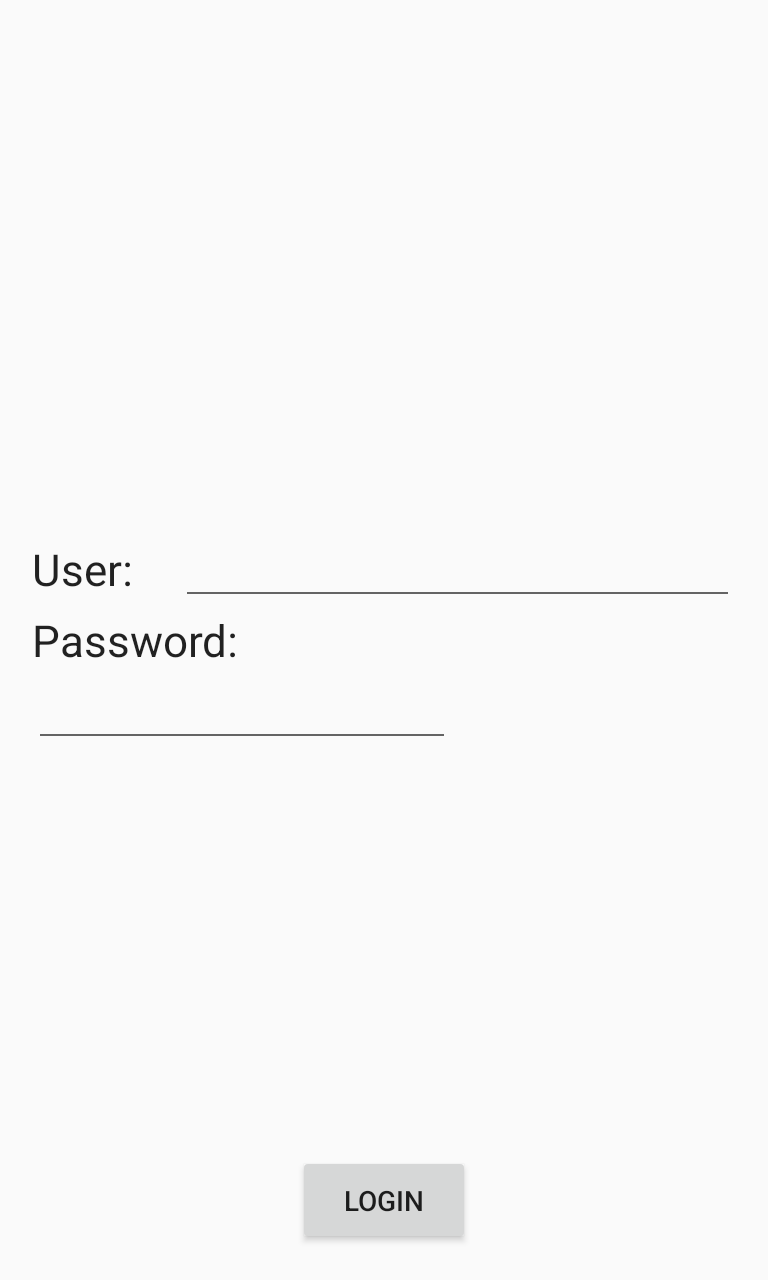
Repository: Y-GO/YGO_Parking_Project_Client
Layout: Ygo_Parking_Project/res/layout/activity_login.xml
An editor plug-in stored every save of this project. The layout is shown before and after the next save, followed by the edit.
It is drawn on a 768 x 1280 px phone screen (xhdpi) without system bars, with theme AppTheme; the app's code is not run.

Above is the layout before, as saved 2014-07-28 09:51:45.

### Ygo_Parking_Project/res/layout/activity_login.xml
<RelativeLayout xmlns:android="http://schemas.android.com/apk/res/android"
    xmlns:tools="http://schemas.android.com/tools"
    android:layout_width="fill_parent"
    android:layout_height="fill_parent"
    android:paddingBottom="@dimen/activity_vertical_margin"
    android:paddingLeft="@dimen/activity_horizontal_margin"
    android:paddingRight="@dimen/activity_horizontal_margin"
    android:paddingTop="@dimen/activity_vertical_margin"
    tools:context="com.ygo.ygo_parking_project.MainActivity" >

    <LinearLayout
        android:layout_width="fill_parent"
        android:layout_height="wrap_content"
        android:layout_centerInParent="true"
        android:orientation="vertical" >

        <LinearLayout
            android:layout_width="match_parent"
            android:layout_height="wrap_content"
            android:layout_gravity="center"
            android:orientation="vertical" >

            <LinearLayout
                android:layout_width="match_parent"
                android:layout_height="wrap_content" >

                <TextView
                    android:id="@+id/textView1"
                    android:layout_width="wrap_content"
                    android:layout_height="wrap_content"
                    android:layout_weight="0.25"
                    android:text="@string/user"
                    android:textAppearance="?android:attr/textAppearanceLarge" />

                <EditText
                    android:id="@+id/editUserName"
                    android:layout_width="wrap_content"
                    android:layout_height="wrap_content"
                    android:layout_weight="0.74"
                    android:ems="10"
                    android:inputType="text" />
            </LinearLayout>
        </LinearLayout>

        <LinearLayout
            android:layout_width="match_parent"
            android:layout_height="wrap_content"
            android:layout_gravity="center"
            android:orientation="vertical" >

            <TextView
                android:id="@+id/textView2"
                android:layout_width="wrap_content"
                android:layout_height="wrap_content"
                android:layout_weight="0.1"
                android:text="@string/password"
                android:textAppearance="?android:attr/textAppearanceLarge" />

            <EditText
                android:id="@+id/editPassword"
                android:layout_width="wrap_content"
                android:layout_height="wrap_content"
                android:layout_weight="0.74"
                android:ems="10"
                android:inputType="textPassword" />
        </LinearLayout>
    </LinearLayout>

    <Button
        android:id="@+id/buttonLogIn"
        android:layout_width="wrap_content"
        android:layout_height="wrap_content"
        android:layout_alignParentBottom="true"
        android:layout_alignWithParentIfMissing="false"
        android:layout_centerHorizontal="true"
        android:text="@string/login" />

</RelativeLayout>

### Ygo_Parking_Project/res/values/strings.xml
<?xml version="1.0" encoding="utf-8"?>
<resources>

    <string name="app_name">Ygo_Parking_Project</string>
    <string name="hello_world">Hello world!</string>
    <string name="action_settings">Settings</string>
    <string name="medium_text">Medium Text</string>
    <string name="login">Login</string>
    <string name="user_">"User: "</string>
    <string name="user">User:</string>
    <string name="password">Password:</string>

</resources>

Loaded but not shown: Ygo_Parking_Project/res/values/styles.xml (common file); Ygo_Parking_Project/res/values-v11/styles.xml (common file); Ygo_Parking_Project/res/values-v14/styles.xml (common file); Ygo_Parking_Project/res/values/dimens.xml (common file); Ygo_Parking_Project/res/values-w820dp/dimens.xml (common file)

After the next save:
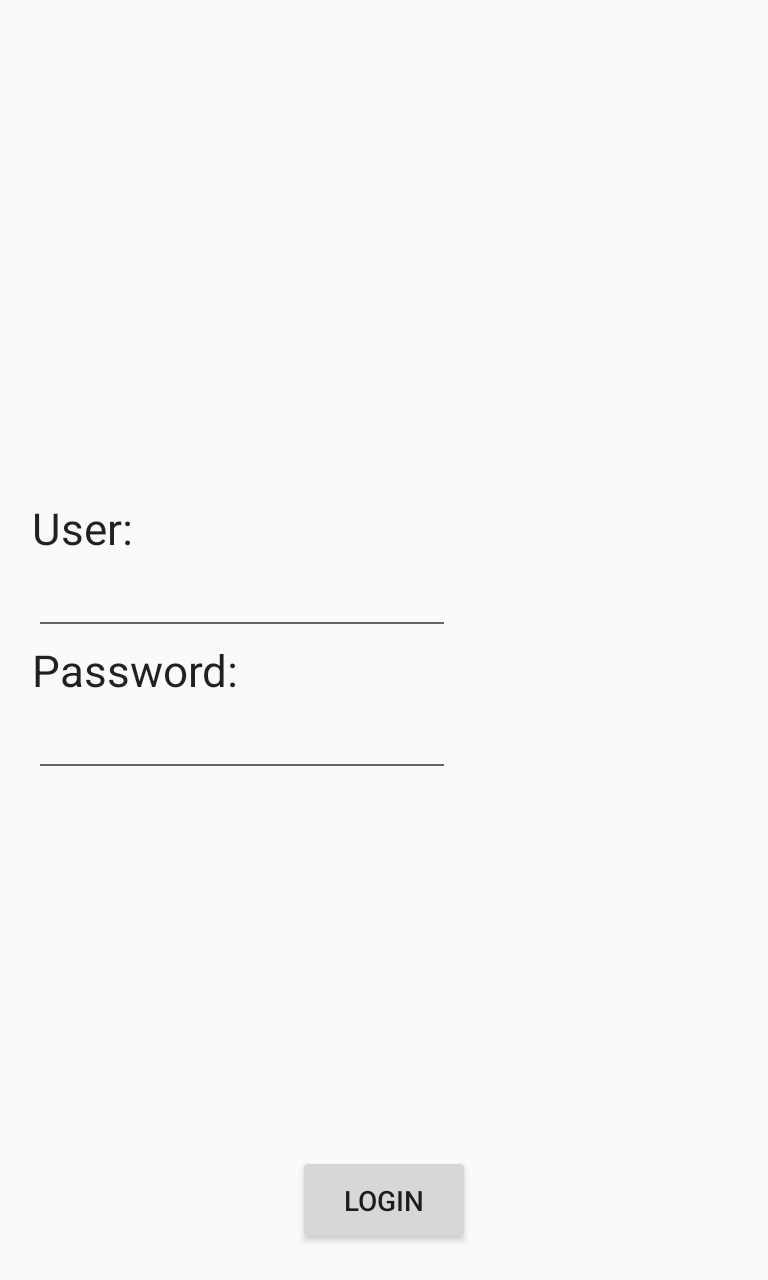
Saved 15 s later.
--- a/Ygo_Parking_Project/res/layout/activity_login.xml
+++ b/Ygo_Parking_Project/res/layout/activity_login.xml
@@ -20,26 +20,21 @@
             android:layout_gravity="center"
             android:orientation="vertical" >
 
-            <LinearLayout
-                android:layout_width="match_parent"
-                android:layout_height="wrap_content" >
+            <TextView
+                android:id="@+id/textView1"
+                android:layout_width="wrap_content"
+                android:layout_height="wrap_content"
+                android:layout_weight="0.25"
+                android:text="@string/user"
+                android:textAppearance="?android:attr/textAppearanceLarge" />
 
-                <TextView
-                    android:id="@+id/textView1"
-                    android:layout_width="wrap_content"
-                    android:layout_height="wrap_content"
-                    android:layout_weight="0.25"
-                    android:text="@string/user"
-                    android:textAppearance="?android:attr/textAppearanceLarge" />
-
-                <EditText
-                    android:id="@+id/editUserName"
-                    android:layout_width="wrap_content"
-                    android:layout_height="wrap_content"
-                    android:layout_weight="0.74"
-                    android:ems="10"
-                    android:inputType="text" />
-            </LinearLayout>
+            <EditText
+                android:id="@+id/editUserName"
+                android:layout_width="wrap_content"
+                android:layout_height="wrap_content"
+                android:layout_weight="0.74"
+                android:ems="10"
+                android:inputType="text" />
         </LinearLayout>
 
         <LinearLayout
